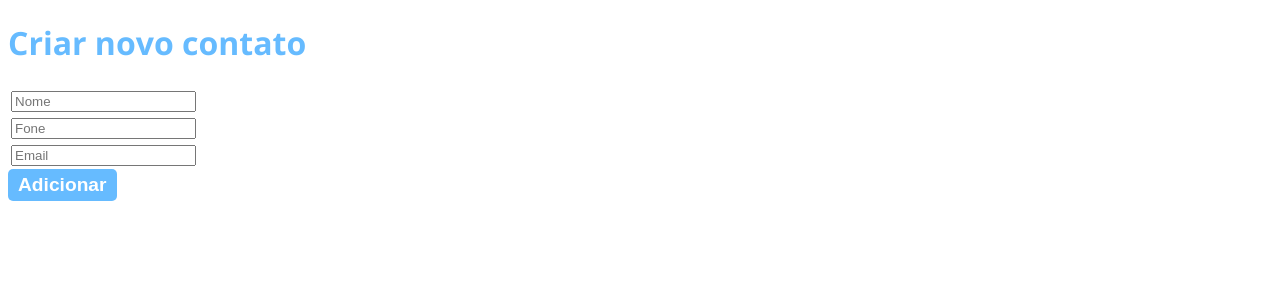
Repository: sergiotales1/agendactt-java
Page: http://localhost/agenda/novo.html
These files come from the project's save history. The page is drawn as it stood at one moment and after the next save; the edit follows.
The browser window is 1280 px wide. The pictures show the whole page.
The page is served by Tomcat 9. Other server files are loaded and not shown.

Above is the page before, as saved 2023-11-25 18:53:53.

### agenda/src/main/webapp/novo.html
<!DOCTYPE html>
<html lang="pt-br">

<head>
	<meta charset="UTF-8">
	<title>Agenda de contatos</title>
	<link rel="icon" href="imagens/favicon.png">
	<link rel="stylesheet" href="style.css">
</head>

<body>
	<h1>Criar novo contato</h1>
	<form name="frmContato" action="">
		<table>
			<tr>
				<td><input type="text" name="nome" placeholder="Nome" class="Caixa1"></td>
			</tr>
			<tr>

				<td><input type="text" name="fone" placeholder="Fone"></td>
			</tr>
			<tr>
				<td><input type="text" name="email" placeholder="Email" class="Caixa1"></td>
			</tr>
		</table>
		<input type="button" value="Adicionar" class="Botao1">
	</form>
</body>

</html>

### agenda/src/main/webapp/style.css
@charset "UTF-8";
@import url('https://fonts.googleapis.com/css2?family=Open+Sans:wght@400;700&display=swap');

body {
	font-family: 'Open Sans', sans-serif;
	font-size: 1em;
	font-weight: 400;
}

h1{
	color: #66bbff;
}

.Botao1{
	text-decoration: none;
	background-color: #66bbff;
	padding: 5px 10px;
	color:#fff;
	font-size: 1.2em;
	font-weight: 700;
	border-radius: 5px;
	border: none;
	cursor: pointer;
}

After the next save:
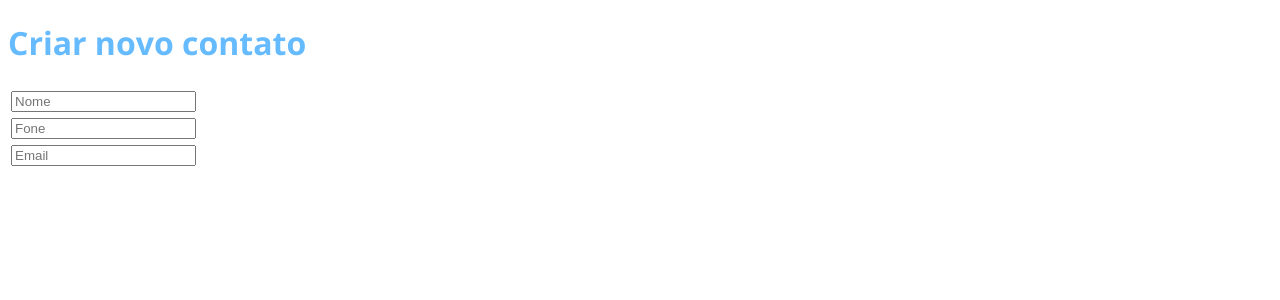
Saved 56 s later.
--- a/agenda/src/main/webapp/style.css
+++ b/agenda/src/main/webapp/style.css
@@ -13,7 +13,7 @@
 
 .Botao1{
 	text-decoration: none;
-	background-color: #66bbff;
+	background-color: white;
 	padding: 5px 10px;
 	color:#fff;
 	font-size: 1.2em;

After the save that followed:
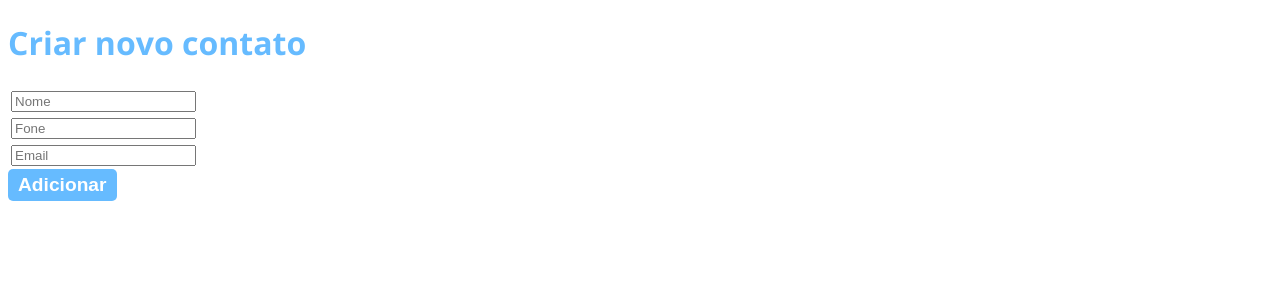
Saved 4 s later.
--- a/agenda/src/main/webapp/style.css
+++ b/agenda/src/main/webapp/style.css
@@ -13,7 +13,7 @@
 
 .Botao1{
 	text-decoration: none;
-	background-color: white;
+	background-color: #66bbff;
 	padding: 5px 10px;
 	color:#fff;
 	font-size: 1.2em;
